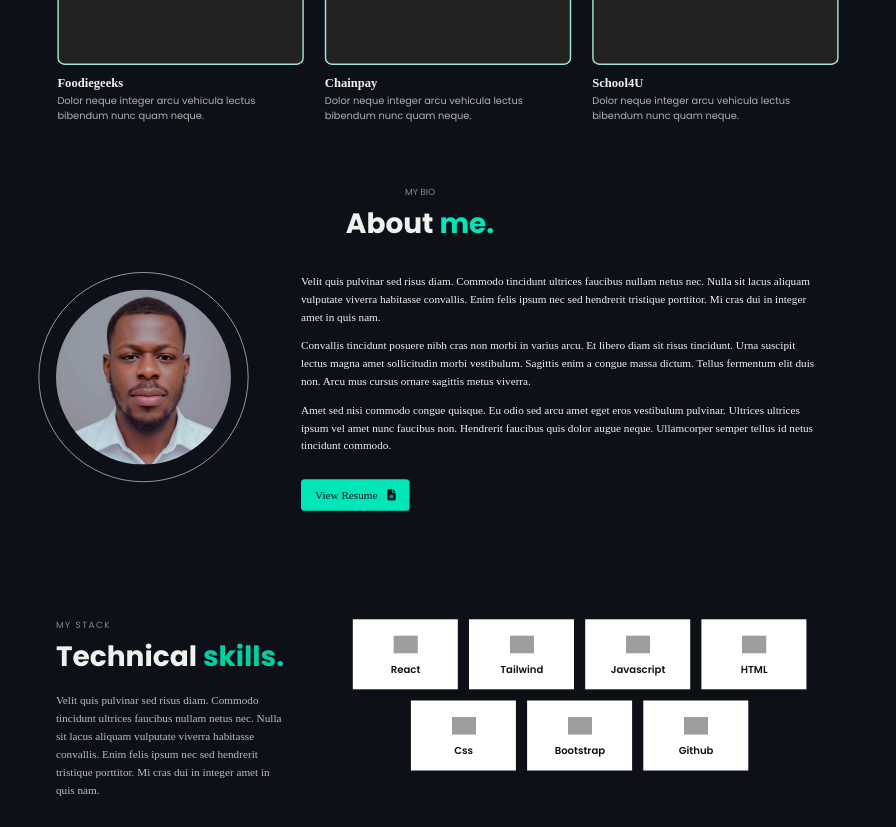
Repository: Austinokezie/Myportfolio
Page: index.html
The author's editor kept a copy of each file at every save. The page is drawn from the files as they stood at one save, then again after the next save.
The browser window is 1280 px wide. The pictures show the part of the page from y = 1754 to 3674 px (the page is 2936 px tall before and 3674 px after), at 70% of full size.
Pictures or frames that could not be fetched are drawn as grey boxes. Some web fonts or font styles are not loaded; a fallback is used.

Above is the page before, as saved 2025-10-14 23:51:28.

### index.html
<!DOCTYPE html>
<html lang="en">
<head>
    <meta charset="UTF-8">
    <meta name="viewport" content="width=device-width, initial-scale=1.0">
    <title>My Portfolio</title>
    <link rel="stylesheet" href="./style.css">
    <link rel="stylesheet" href="./mediaqueries.css">
    <link rel="stylesheet" href="./lib/css/bootstrap-grid.min.css">
    <link rel="stylesheet" href="./lib/js/bootstrap.bundle.min.js">
    <link rel="stylesheet" href="https://cdnjs.cloudflare.com/ajax/libs/font-awesome/6.5.0/css/all.min.css">
</head>
<body>
    <header>
        <nav class="navbar">
          <div class="logo">Aus<span>D</span>ev</div>



           <ul class="nav-links">
               <a href="#" id="close"><img src="./Asset/icons8-close-100.png" alt=""></a>
              <li><a href="#Home"  class="active">Home</a></li>
              <li><a href="#Projects">Featured projects</a></li>
              <li><a href="#About me">About me</a></li>
             <li><a href="#Contact">Contact me</a></li>
           </ul>

          <a href="#"  class=" downloadCV  resume-btn">View Resume <i class="fas fa-file-alt"></i> </a>

          <a href="#" id="fa-bars"  ><img src="./Asset/icons8-menu-100.png" alt=""></i></a>
       </nav>
  </header>

   <section class="intro" id="Home">
      <div class="overlay"></div>
      <div class="intro-content">
         <h1>Hi, I am <span>Austen Okezie</span></h1>
           <p>
              A seasoned <span class="highlight">Frontend Developer</span> transforming ideas into
              stunning digital experiences. Let’s create something amazing!
           </p>

          <div class="social-links">
              <a href="https://github.com/Austinokezie" title="GitHub"><img src="./Asset/icons8-github-30.png" alt=""></a>
              <a href="mailto:austinokezie22@gmail.com" title="Medium"><img src="./Asset/icons8-email-30.png" alt=""></a>
              <a href="https://www.linkedin.com/in/austin-okezie?utm_source=share&utm_campaign=share_via&utm_content=profile&utm_medium=android_app title="LinkedIn"><img src="./Asset/icons8-linkedin-30.png" alt=""></a>
             <a href="#" title="Twitter"><img src="./Asset/icons8-twitter-30.png" alt=""></a>
          </div>

       </div>
    </section>

    <div class="services-section">
       <h3 class="sub-heading">SERVICES</h3>
       <h2 class="main-heading">What <span>I do.</span></h2>

        <div class="services-container">

          <div class="service-card active">
             <div class="card-number">01</div>
             <div class="card-icon">💻</div>
              <h3>Web Development</h3>
             <div class="underline"></div>
             <p>I use my knowledge of various programming languages such as HTML5, CSS3, JavaScript, and Tailwind to build digital solutions for users.</p>
           </div>

           <div class="service-card">
             <div class="card-number">02</div>
              <div class="card-icon">🎨</div>
              <h3>UI Design</h3>
             <div class="underline"></div>
              <p>Crafting user-centric digital experiences that seamlessly blend aesthetics and functionality. Expert in user-centered design and responsive interfaces.</p>
            </div>

           <div class="service-card">
             <div class="card-number">03</div>
             <div class="card-icon">✍</div>
             <h3>Content Writing</h3>
              <div class="underline"></div>
              <p>Weaving impactful narratives and delivering engaging content that resonates with readers. Combining creativity with research for compelling pieces.</p>
           </div>

        </div>
   </div>

   <section class="portfolio-section" id="Projects">
      <div class="container">
          <h2 class="portfolio-title">PORTFOLIO</h2>
          <h1 class="featured-projects">Featured <span> projects.</span></h1>
           <div class="projects-grid">
                <div class="project-card">
                   <div class="project-image-placeholder">
                      <img src="./Asset/Foodiegeeks.png" alt="img">
                   </div>
                   <h3 class="project-name">Foodiegeeks</h3>
                  <p class="project-description">Dolor neque integer arcu vehicula lectus bibendum nunc quam neque.</p>
               </div>

               <div class="project-card">
                   <div class="project-image-placeholder">
                      <img src="./Asset/chainpay jpg.png" alt="img">
                    </div>
                  <h3 class="project-name">Chainpay</h3>
                  <p class="project-description">Dolor neque integer arcu vehicula lectus bibendum nunc quam neque.</p>
               </div>

               <div class="project-card">
                   <div class="project-image-placeholder">
                     <img src="./Asset/Edtech.png" alt="img">
                   </div>
                   <h3 class="project-name">School4U</h3>
                   <p class="project-description">Dolor neque integer arcu vehicula lectus bibendum nunc quam neque.</p>
               </div>
            </div>
      </div>
   </section>


   <div class="about-me-container" id="About me">
        <div class="section-header">
            <p>MY BIO</p>
            <h1>About <span>me.</span></h1>
        </div>

        <section class="content-wrapper">
            <div class="bio-visuals">
                <div class="photo-orbit-container">
                    <img src="./Asset/Austen Okezie.jpg" alt="Profile Picture" class="profile-photo">

                    <div class="orbit-path"></div>
                </div>
            </div>

            <div class="bio-text">
                <p>
                    Velit quis pulvinar sed risus diam. Commodo tincidunt ultrices faucibus nullam netus nec. Nulla sit lacus aliquam vulputate viverra habitasse convallis. Enim felis ipsum nec sed hendrerit tristique porttitor. Mi cras dui in integer amet in quis nam.
                </p>
                <p>
                    Convallis tincidunt posuere nibh cras non morbi in varius arcu. Et libero diam sit risus tincidunt. Urna suscipit lectus magna amet sollicitudin morbi vestibulum. Sagittis enim a congue massa dictum. Tellus fermentum elit duis non. Arcu mus cursus ornare sagittis metus viverra.
                </p>
                <p>
                    Amet sed nisi commodo congue quisque. Eu odio sed arcu amet eget eros vestibulum pulvinar. Ultrices ultrices ipsum vel amet nunc faucibus non. Hendrerit faucibus quis dolor augue neque. Ullamcorper semper tellus id netus tincidunt commodo.
                </p>

                <a href="#"  class=" downloadCV view-resume-btn">
                    View Resume <i class="fas fa-file-alt"></i>
                </a>
            </div>
        </section>
    </div>


    <div class="skills-section-container">
        <div class="skills-content-wrapper">

            <div class="skills-text-area">
                <p class="skills-subtitle">MY STACK</p>
                <h2 class="skills-title">Technical <span>skills.</span></h2>
                <p class="skills-description">
                    Velit quis pulvinar sed risus diam. Commodo tincidunt ultrices faucibus nullam netus nec. Nulla sit lacus aliquam vulputate viverra habitasse convallis. Enim felis ipsum nec sed hendrerit tristique porttitor. Mi cras dui in integer amet in quis nam.
                </p>
            </div>


                    <div class="skills">
                        <div class="skill-card">
                           <img src="https://devicon-website.vercel.app/api/react/original-wordmark.svg" alt="React">
                           <span>React</span>

                        </div>

                        <div class="skill-card">
                           <img src="https://devicon-website.vercel.app/api/tailwindcss/original-wordmark.svg" alt="Tailwind">
                           <span>Tailwind</span>
                        </div>

                        <div class="skill-card">
                          <img src="https://devicon-website.vercel.app/api/javascript/original.svg" alt="Javascript">
                           <span>Javascript</span>
                        </div>

                        <div class="skill-card">
                           <img src="https://devicon-website.vercel.app/api/html5/original.svg" alt="HTML">
                           <span>HTML</span>
                        </div>

                        <div class="skill-card">
                           <img src="https://devicon-website.vercel.app/api/css3/original.svg" alt="Css">
                           <span>Css</span>
                        </div>

                        <div class="skill-card">
                           <img src="https://devicon-website.vercel.app/api/bootstrap/original.svg" alt="Bootstrap">
                           <span>Bootstrap</span>
                        </div>

                        <div class="skill-card">
                           <img src="https://devicon-website.vercel.app/api/github/original.svg" alt="Github">
                           <span>Github</span>
                        </div>
                    </div>




            </div>

        </div>
    </div>











         <!-- Arrow -->
        <!-- <div class="text-center mt-5">
           <img
             src="./Asset/icons8-arrow-down-100.png"
             alt="arrow icon"
             class="icon arrow img-fluid"
             style="width: 50px; cursor: pointer;"
             onclick="location.href='./experience'"
            >
       </div> -->





 <!--
        <img src="./Asset/icons8-arrow-down-100.png" alt="arrow icon"
           class="icon arrow"
           onclick="location.href= './experience'"
        >  -->


















 <script src="./script.js"></script>

</body>
</html>

Loaded but not shown: lib/css/bootstrap-grid.min.css (library); lib/js/bootstrap.bundle.min.js (library); script.js (61 lines, source omitted); style.css (1684 lines, source omitted); mediaqueries.css (empty)

After the next save:
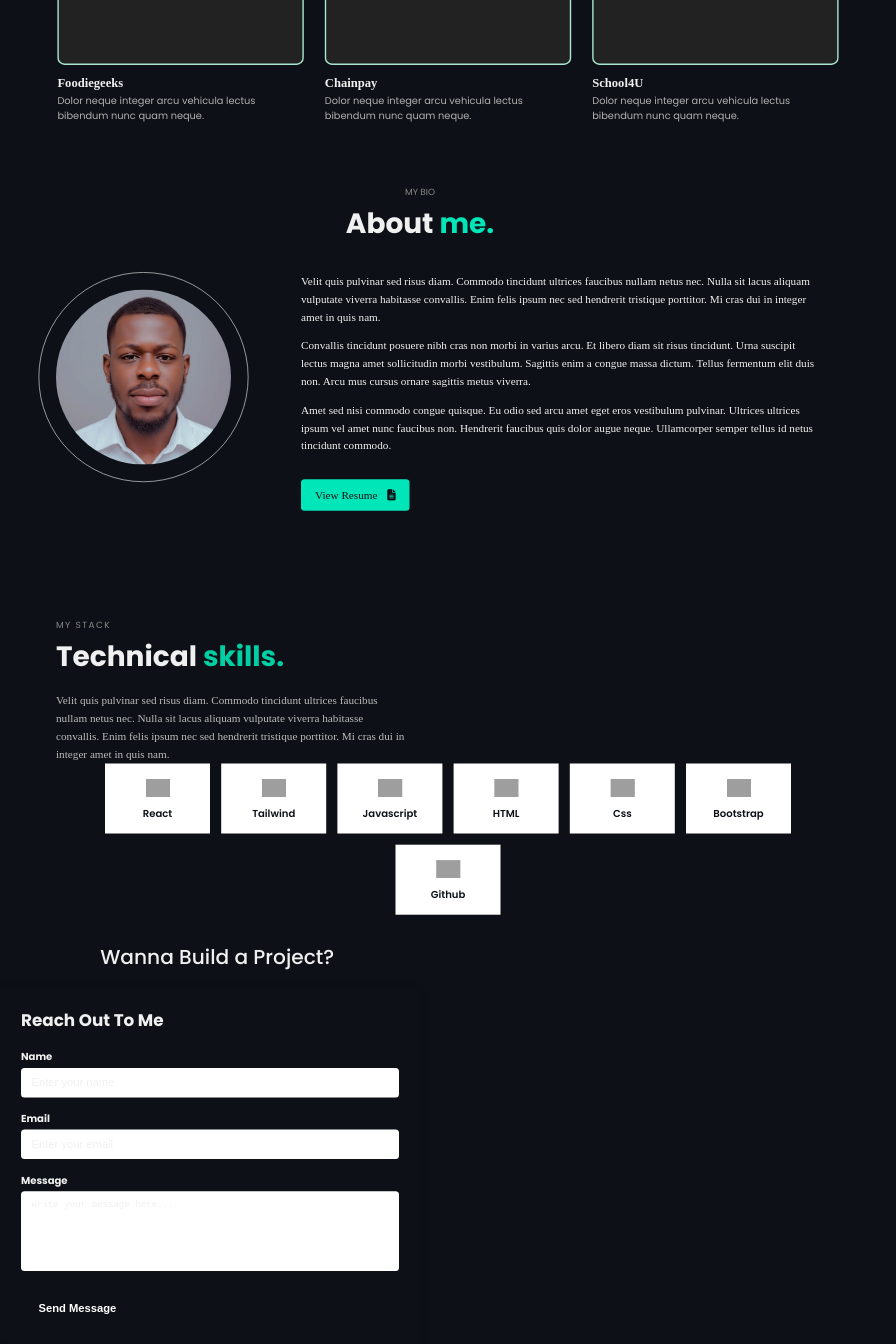
Saved 2 s later.
--- a/index.html
+++ b/index.html
@@ -151,7 +151,7 @@
 
 
     <div class="skills-section-container">
-        <div class="skills-content-wrapper">
+
 
             <div class="skills-text-area">
                 <p class="skills-subtitle">MY STACK</p>
@@ -205,6 +205,30 @@
 
             </div>
 
+
+    </div>
+
+    <div class="contact-section">
+        <h2 class="main-heading">
+            <span class="dot"></span> Wanna Build a Project?
+        </h2>
+        <div class="form-container">
+            <h3 class="form-title">Reach Out To Me</h3>
+            <form action="#" method="POST" class="contact-form">
+                <div class="form-group">
+                    <label for="name">Name</label>
+                    <input type="text" id="name" name="name" placeholder="Enter your name" required>
+                </div>
+                <div class="form-group">
+                    <label for="email">Email</label>
+                    <input type="email" id="email" name="email" placeholder="Enter your email" required>
+                </div>
+                <div class="form-group">
+                    <label for="message">Message</label>
+                    <textarea id="message" name="message" rows="6" placeholder="Write your message here..." required></textarea>
+                </div>
+                <button type="submit" class="submit-button">Send Message</button>
+            </form>
         </div>
     </div>
 
